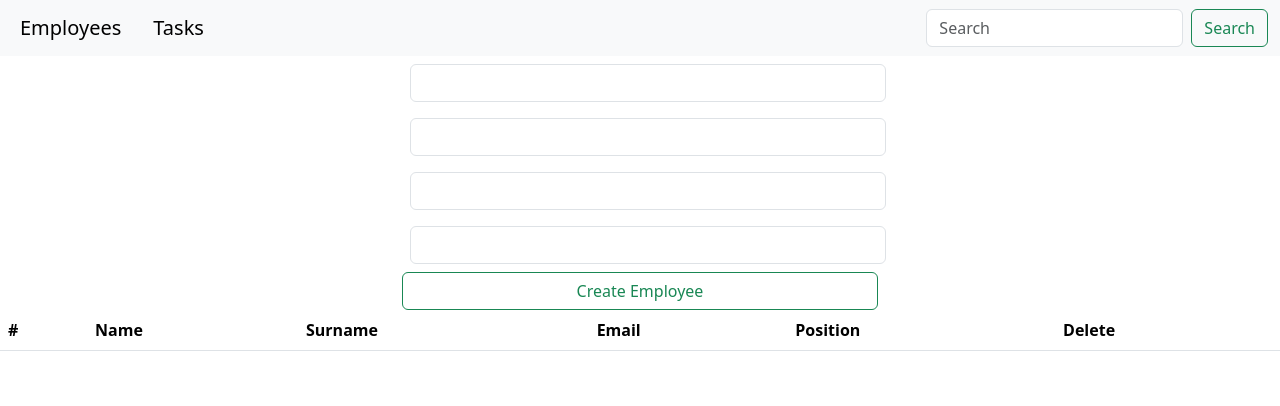
Repository: RaffiBarseghyan/employees
Page: /employees
The author's editor kept a copy of each file at every save. The page is drawn from the files as they stood at one save, then again after the next save.
The browser window is 1280 px wide. The pictures show the whole page.
The page's requests for data from a server got no answer. The project was rebuilt for these pictures with package versions that can differ from the ones it lists, and the page was loaded fresh each time. No one was signed in, and anything a server would have sent is missing. Also part of the build but not shown: src/App.css, src/Pages/UpDel/upDel.module.scss, src/Pages/UpDel/delete.jsx, src/Pages/Tasks/tasks.jsx.

Above is the page before, as saved 2023-06-15 01:13:12.

After the next save:
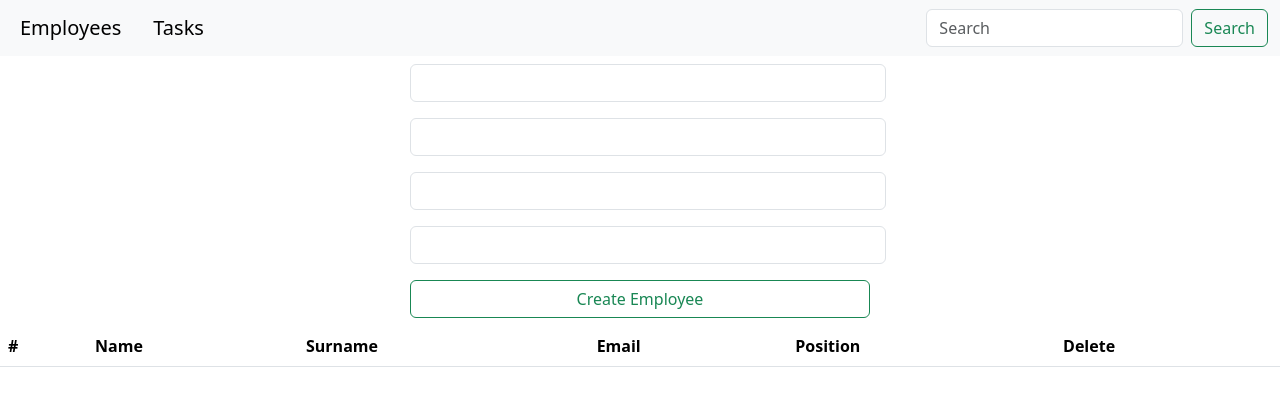
Saved 9 s later.
--- a/src/Pages/Employees/employees.jsx
+++ b/src/Pages/Employees/employees.jsx
@@ -23,7 +23,7 @@ function Employees() {
         <input className="form-control m-2" type="text" />
         <input className="form-control m-2" type="email" />
         <input className="form-control m-2" type="text" />
-        <button className="btn btn-outline-success">Create Employee</button>
+        <button className="btn btn-outline-success m-2">Create Employee</button>
       </div>
 
       <table className="table">
